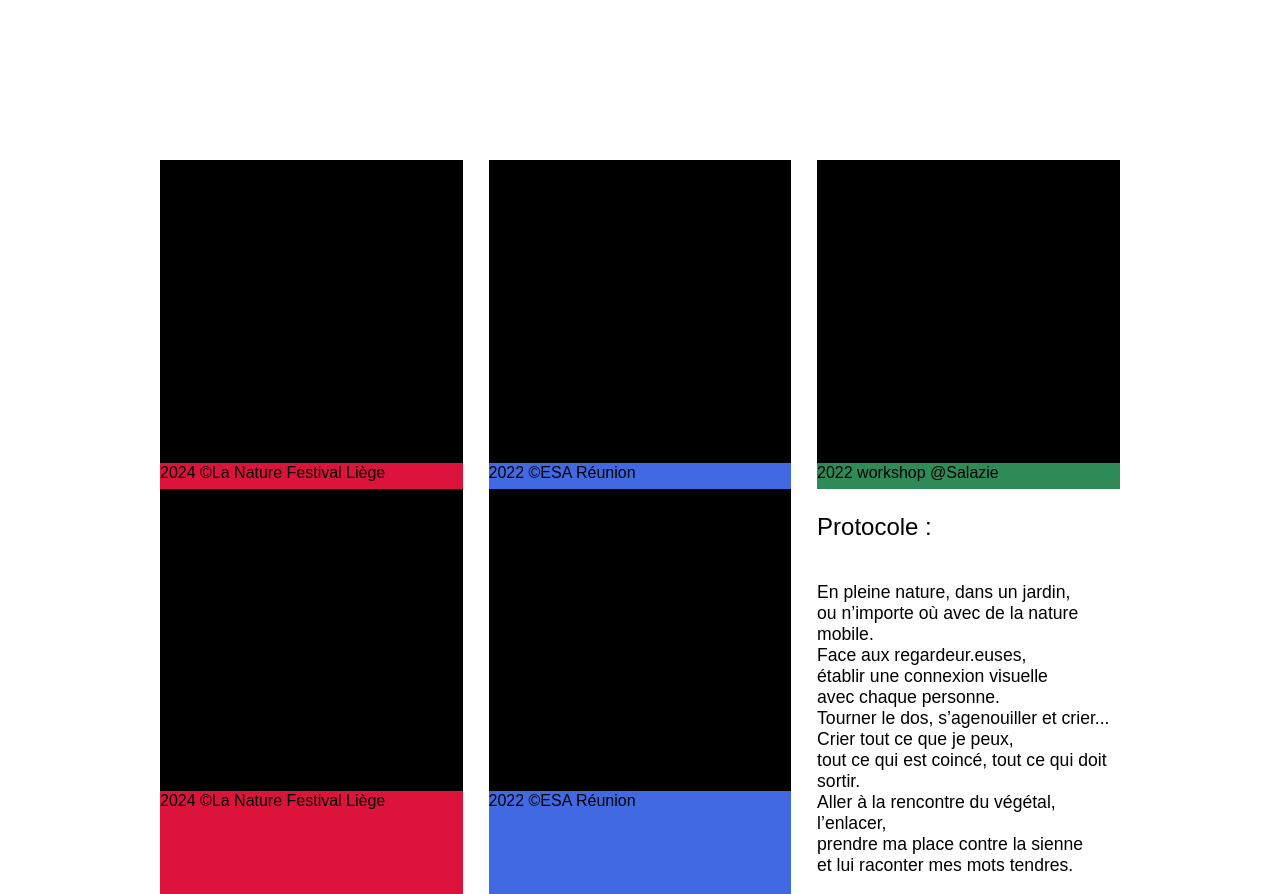
Repository: brunrhb/oce-p
Page: index.html
These files come from the project's save history. The page is drawn as it stood at one moment and after the next save; the edit follows.
The browser window is 1280 px wide. The pictures show the whole page.

Above is the page before, as saved 2025-06-04 17:31:41.

After the next save:
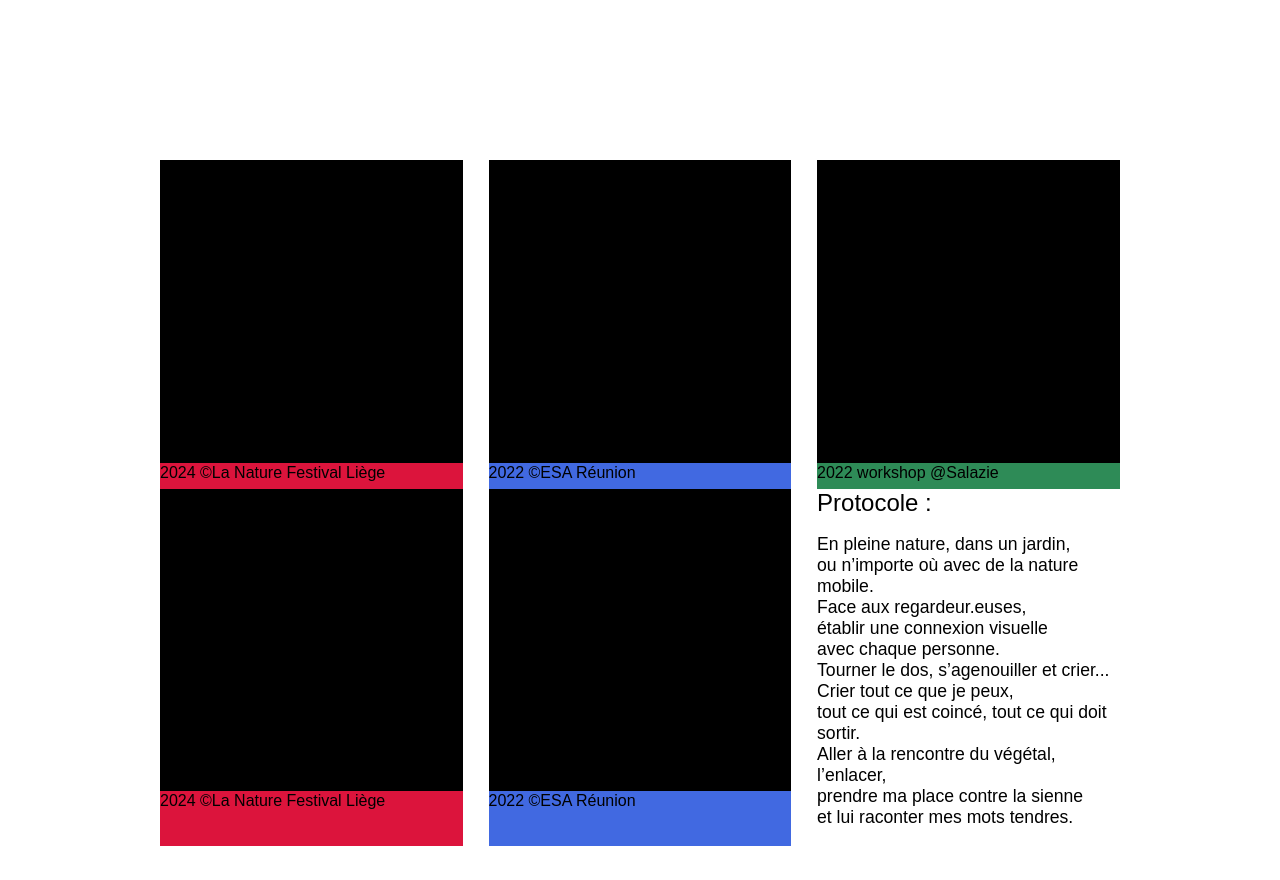
Saved 98 s later.
--- a/styles.css
+++ b/styles.css
@@ -81,6 +81,8 @@ body {
 
 .protocole-titre {
   font-size: 1.5rem;
+    margin: 0;  /* important : sinon certains navigateurs ajoutent du margin-top par défaut */
+  padding: 0;
 }
 
 .protocole-corps {
